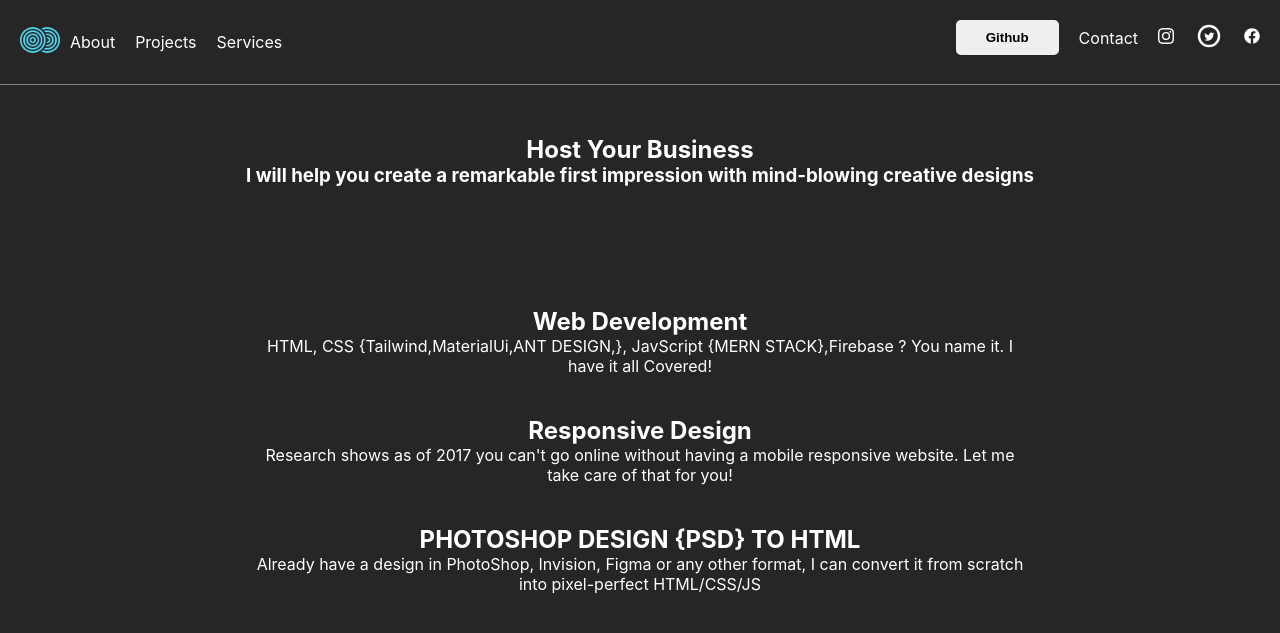
Repository: uh-sman/Portfolio
Page: /services
An editor plug-in stored every save of this project. The page is shown before and after the next save, followed by the edit.
The browser window is 1280 px wide. The pictures show the whole page.
The project was rebuilt for these pictures with package versions that can differ from the ones it lists, and the page was loaded fresh each time. Also part of the build but not shown: src/components/about.css, src/components/repositories.css, src/components/repositories.js, src/components/RepositoriesCard.jsx, src/components/About.jsx, src/components/projects.css, src/components/Projects.jsx.

Above is the page before, as saved 2022-11-28 21:09:18.

### src/index.js
import React from "react";
import ReactDOM from "react-dom/client";
import { BrowserRouter } from "react-router-dom";
import "./index.css";
import App from "./App";

const root = ReactDOM.createRoot(document.getElementById("root"));
root.render(
  <BrowserRouter>
    <React.StrictMode>
      <App />
    </React.StrictMode>
  </BrowserRouter>
);

### src/App.js
import "./App.css";
import { Index } from "./components/index";
import { Route, Routes } from "react-router-dom";
import About from "./components/About";
import "animate.css";
import Projects from "./components/Projects";
import Services from "./components/Services";
// import Services from "./components/Services";
function App() {
  return (
    <div className="App">
      <Index />
      <Routes>
        <Route path="/" element={<About />} />
        <Route path="/projects" element={<Projects />} />
        <Route path="/services" element={<Services />} />
      </Routes>
    </div>
  );
}

export default App;

### src/App.css
* {
  margin: 0px;
  padding: 0px;
  box-sizing: border-box;
  text-decoration: none;
  list-style: none;
}
body {
  /* background: rgb(2, 0, 36);
  background: linear-gradient(
    90deg,
    rgba(2, 0, 36, 1) 0%,
    rgba(4, 14, 33, 1) 90%,
    rgba(5, 52, 61, 1) 100%
  ); */
  background: #262626;
}

### src/components/index.js
import React from "react";
import { Navbar } from "./Navbar";
import { Route, Routes } from "react-router-dom";
export const Index = () => {
  return (
    <div>
      <Navbar />
    </div>
  );
};

### src/components/Services.jsx
import React from "react";
import "./services.css";
const Services = () => {
  return (
    <div>
      <div className="containers">
        <section className="header">
          <h2>Host Your Business</h2>
          <h3>
            I will help you create a remarkable first impression with
            mind-blowing creative designs
          </h3>
        </section>
        <div className="sections">
          <div className="head">
            <h1></h1>
            <h2>Web Development</h2>
            <text>
              <p>
                HTML, CSS{" {Tailwind,MaterialUi,ANT DESIGN,}"}, JavScript
                {" {MERN STACK}"},Firebase ? You name it. I have it all Covered!
              </p>
            </text>
          </div>
          <div>
            <h1></h1>
            <h2>Responsive Design</h2>
            <text>
              <p>
                Research shows as of 2017 you can't go online without having a
                mobile responsive website. Let me take care of that for you!
              </p>
            </text>
          </div>
          <div>
            <h1></h1>
            <h2>PHOTOSHOP DESIGN {" {PSD}"} TO HTML</h2>
            <text>
              <p>
                Already have a design in PhotoShop, Invision, Figma or any other
                format, I can convert it from scratch into pixel-perfect
                HTML/CSS/JS
              </p>
            </text>
          </div>
        </div>
      </div>
    </div>
  );
};

export default Services;
// Looking for a reliable and efficient

### src/components/Navbar.jsx
import React, { useState } from "react";
import { Link } from "react-router-dom";
import logo from "../assets/ico.png";
import "./navbar.css";
import { Profile } from "./Profile";
export const Navbar = () => {
  const [active, isActive] = useState(false);
  // const [activeLink, setActiveLink] = useState(true);
  // const clickedLink = ["teal"];
  // const clicked = document.querySelector("nav-list");

  // btn.addEventListener("click", () => {
  //   document.body.style.borderBottomColor = clickedLink;
  // });
  // for (var i = 0; i < activeLink.length; i++)
  // Get the container element
  // const activeLink = document.querySelector("nav-list");
  // const style = {
  //   backgroundColor: "red",
  //   width: "100%",
  //   height: "100%",
  // };
  // Get all buttons with class="btn" inside the container
  // const btnActive = activeLink.getElementsByClassName("btn");
  // Loop through the buttons and add the active class to the current/clicked button
  // for (var i = 0; i < btnActive.length; i++) {
  //   btnActive[i].addEventListener("click", function () {
  //     var currentMode = document.getElementsByClassName("active");
  //     currentMode[0].className = currentMode[0].className.replace("active", "");
  //     this.className += "active";
  //   });
  // }
  // activeLink.addEventListener()
  return (
    <div>
      <nav className="navbar-container">
        <div className="navbar">
          <div className="navbar-nav">
            <div>
              <a>
                <img src={logo} className="logo" />
              </a>
            </div>
            <ul className="nav-list">
              <Link to="/">
                <a href="">About</a>
              </Link>

              <Link to="/projects">
                <a href="">Projects</a>
              </Link>
              <Link to="/services" className="btn">
                <a href="">Services</a>
              </Link>
            </ul>
          </div>
          <div>
            <Profile />
          </div>
        </div>
      </nav>
    </div>
  );
};

### src/components/services.css
.sections {
  display: flex;
  flex-direction: column;
  width: 60%;
  gap: 40px;
}
.header {
}
.containers {
  padding-top: 50px;
  color: white;
  text-align: center;
  gap: 120px;
  display: flex;
  flex-direction: column;
  justify-content: center;
  margin: auto;
  align-items: center;
}

### src/components/navbar.css
.nav-list {
  display: flex;
  align-items: center;
  gap: 20px;
}
active,
.nav-list {
}
.nav-list a {
  color: white;
}
.navbar {
  margin: 20px 20px;
  display: flex;
  justify-content: space-between;
}
.navbar-nav {
  display: flex;
  gap: 10px;
}
.logo {
  width: 40px;
  height: 40px;
  color: white;
}
.navbar-container {
  border-bottom: 0.5px solid gray;
}
/* .btn {
  border: transparent;
  outline: none;
  background: rgba(2, 0, 36, 1) 0%;
} */
/* .active, */
/* .btnSelect:hover {
  border: none;
  border-bottom: 1px solid lightblue;
  cursor: pointer;
} */

@media only screen and (min-width: 200px) and (max-width: 950px) {
  .nav-list {
    display: none;
  }
}

### src/components/Profile.js
import React, { useState } from "react";
import { SiFacebook } from "react-icons/si";
import { FaWhatsapp, FaFacebook, FaRegWindowClose } from "react-icons/fa";
import { TiSocialTwitterCircular } from "react-icons/ti";
import { Link } from "react-router-dom";
import { BsInstagram } from "react-icons/bs";
import burger from "../assets/burger-menu.png";
import close from "../assets/icons8.png";

import "animate.css";
import "./profile.css";
export const Profile = () => {
  const [isActive, setIsActive] = useState(false);
  const style = {
    position: "fixed",
    top: "0",
    bottom: "0",
    right: "0",
    background: "white",
    width: "300px",
    listStyle: " none",
    padding: "20px",
    display: "flex",
    flexDirection: "column",
    transform: `${(props) =>
      props.show ? "translateX(0)" : "translateX(100%)"}`,
    textAlign: "start",

    transition: "transform 0.3s ease-in",
  };

  return (
    <div>
      <div>
        <section className="profile-section ">
          <button className="button">
            <a>Github</a>
          </button>
          <a>Contact</a>
          <a>
            <BsInstagram />
          </a>
          <a>
            <TiSocialTwitterCircular className="twitter" />
          </a>
          <a>
            <FaFacebook />
          </a>
        </section>
        {isActive ? (
          <div className="sidebar-container">
            <div>
              <FaRegWindowClose
                className="close"
                onClick={() => setIsActive(!isActive)}
              />
              {/* <img src={close} /> */}
            </div>
            <section className="sidebar-section ">
              <ul className="links">
                <Link to="/">
                  <a href="">About</a>
                </Link>
                <Link to="/projects">
                  <a href="">Projects</a>
                </Link>
                <Link to="/services">
                  <a href="">Services</a>
                </Link>
                <button className="button">
                  <a className="link">Github</a>
                </button>
                <a>Contact</a>
              </ul>
              <ul className="link-icons">
                <a>
                  <BsInstagram className="instagram" />
                </a>
                <a>
                  <TiSocialTwitterCircular className="twitter" />
                </a>
                <a>
                  <FaFacebook className="facebook" />
                </a>
              </ul>
            </section>
          </div>
        ) : (
          <div>
            <img
              src={burger}
              className="burger-menu"
              onClick={() => setIsActive(!isActive)}
            />
          </div>
        )}
      </div>
    </div>
  );
};

### src/components/profile.css
.profile-section {
  display: flex;
  gap: 20px;
  align-items: center;
  color: white;
}
.links {
  display: flex;
  flex-direction: column;
  /* display: flex; */
  align-items: center;
  gap: 20px;
}
.links a {
  color: white;
}
.sidebar-container {
  /* display: inline-block; */
  /* margin: 0 0.5rem; */
  /* animation: slideInRight 2s; */
  /* animation-duration: 2s; */
  border-top-left-radius: 10px;
  border-bottom-left-radius: 10px;
  height: 100%;
  width: 40%;
  top: 0px;
  right: 0px;
  background-color: #222222;
  position: fixed;
}
.burger-menu {
  width: 30px;
  height: 30px;
}
.close {
  color: white;
  width: 30px;
  height: 30px;
  margin-left: 10px;
  margin-top: 4px;
}
.close:hover {
  cursor: pointer;
}
.button {
  padding: 10px 30px;
  box-shadow: gray;
  border: none;
  font-weight: 700;
  border-radius: 5px;
}
.button:hover {
  cursor: pointer;
}
.button a {
  color: black;
}
.link-icons {
  margin-top: 20px;
  display: flex;
  align-items: center;
  gap: 10px;
}
.instagram {
  font-size: 20px;
}
.facebook {
  font-size: 20px;
}
.twitter {
  font-size: 30px;
}

@media only screen and (min-width: 200px) and (max-width: 950px) {
  .profile-section {
    display: none;
  }
}
@media only screen and (min-width: 950px) {
  .burger-menu {
    display: none;
  }
}
.sidebar-section {
  margin-top: 40%;
  justify-content: center;
  display: flex;
  flex-direction: column;
  align-items: center;
  color: white;
}
/* animate__slideInRight */

Loaded but not shown: public/index.html (common file); src/index.css (common file)

After the next save:
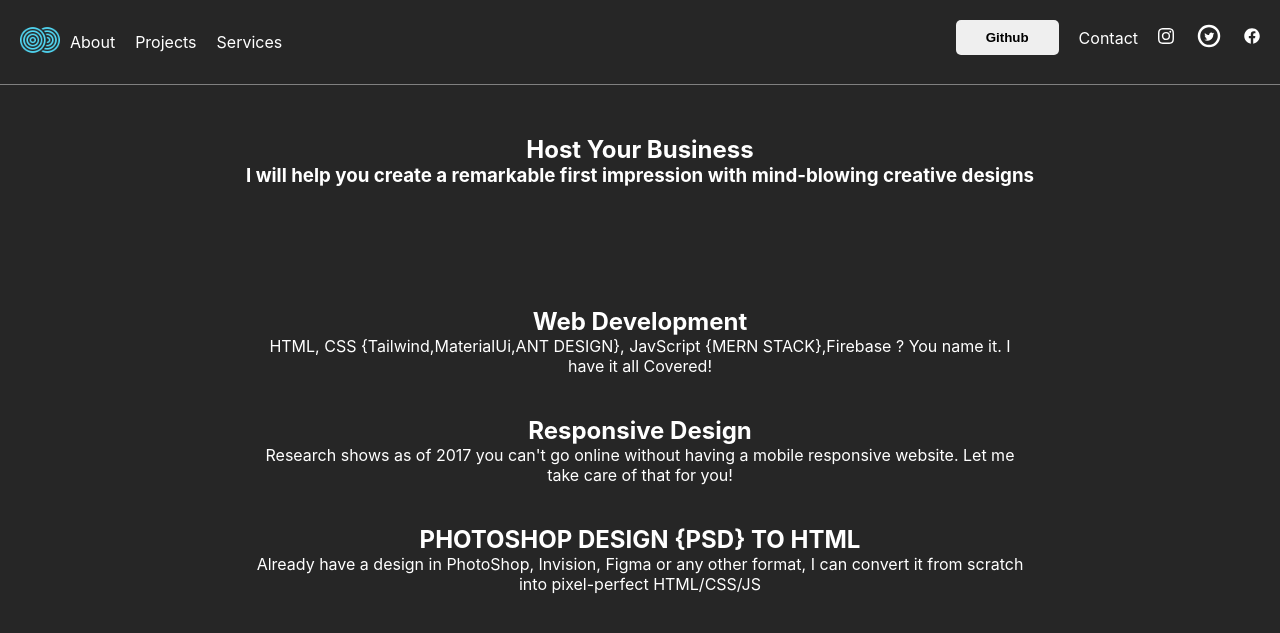
Saved 16 h 14 min later.
--- a/src/components/Services.jsx
+++ b/src/components/Services.jsx
@@ -1,6 +1,7 @@
 import React from "react";
 import "./services.css";
 const Services = () => {
+  const slide = [];
   return (
     <div>
       <div className="containers">
@@ -17,7 +18,7 @@ const Services = () => {
             <h2>Web Development</h2>
             <text>
               <p>
-                HTML, CSS{" {Tailwind,MaterialUi,ANT DESIGN,}"}, JavScript
+                HTML, CSS{" {Tailwind,MaterialUi,ANT DESIGN}"}, JavScript
                 {" {MERN STACK}"},Firebase ? You name it. I have it all Covered!
               </p>
             </text>
